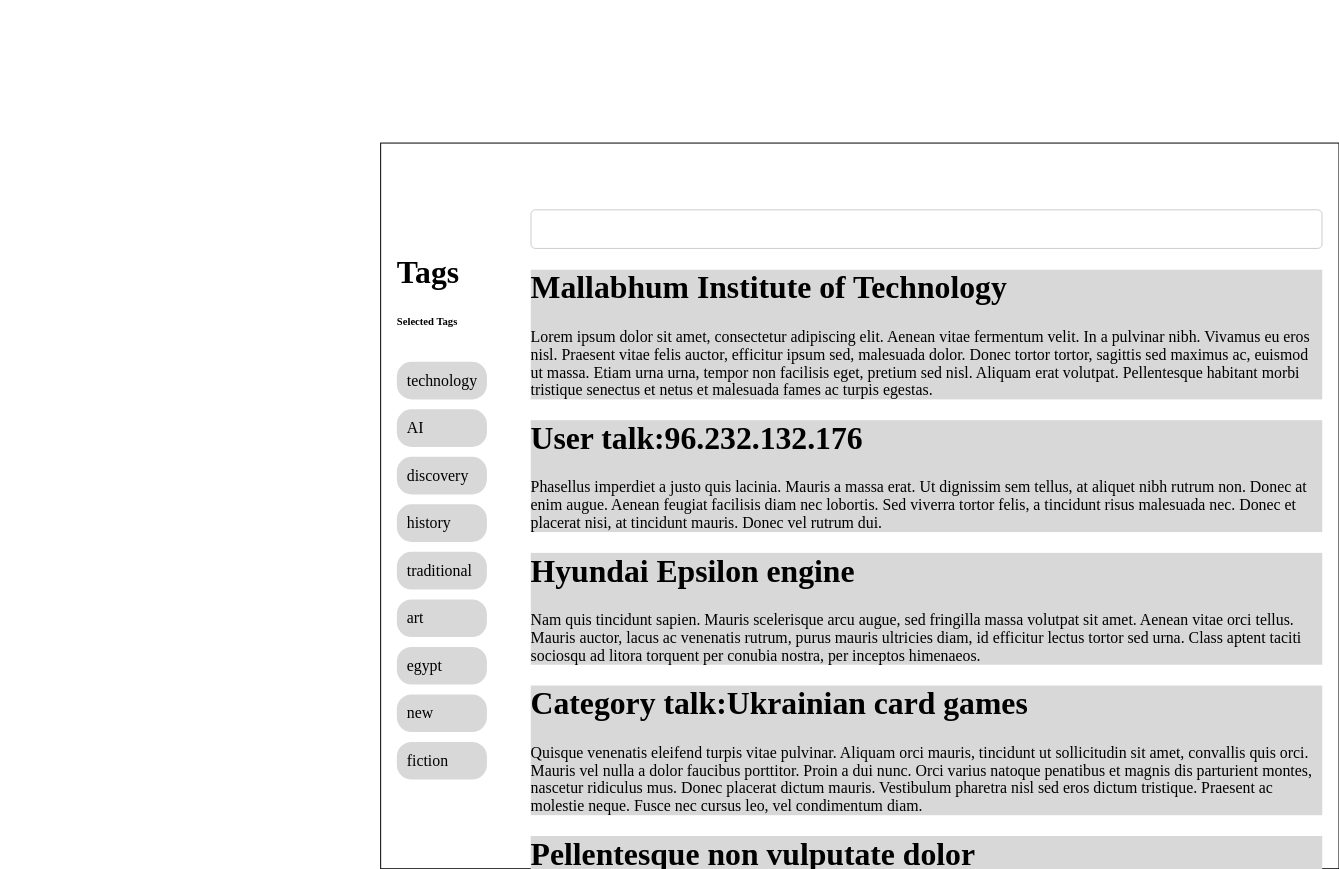
Repository: KelaiAffaf/bridger
Page: /
These files come from the project's save history. The page is drawn as it stood at one moment and after the next save; the edit follows.
The browser window is 1280 px wide. The page is 1353 px wide, then 1280 px, so the pictures cover 1353 px, including what lies to the right of the window. The pictures show the whole page, at 99% of full size.
An inner scrolling area shows only its first screen. The project was rebuilt for these pictures with package versions that can differ from the ones it lists, and the page was loaded fresh each time. Also part of the build but not shown: vite.config.js.

Above is the page before, as saved 2023-06-08 11:51:38.

After the next save:
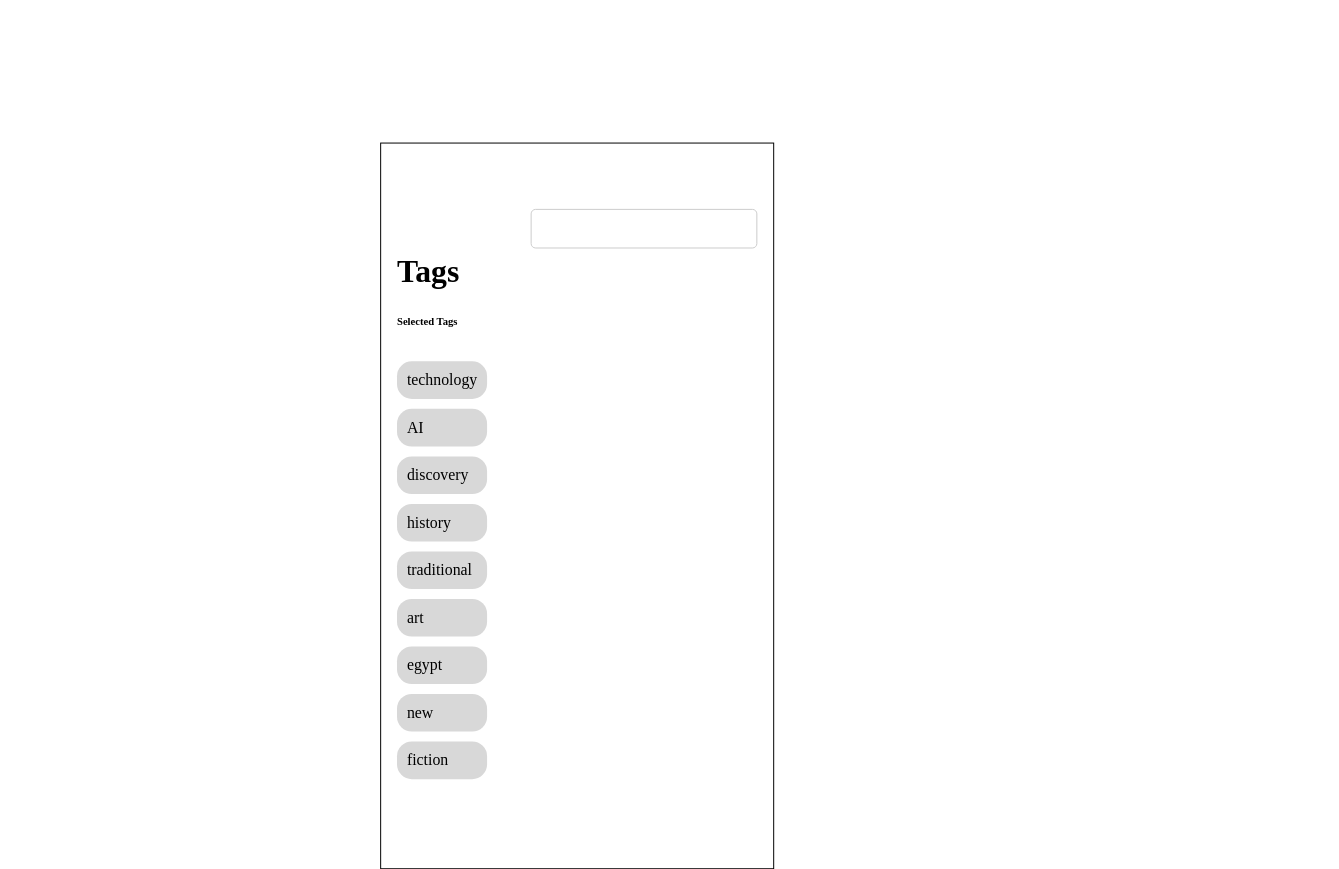
Saved 78 s later.
--- a/src/App.jsx
+++ b/src/App.jsx
@@ -80,20 +80,21 @@
           }}
         />
 
-        <div style={{ overflow: "scroll" }}>
-          {data &&
-            data.map((user) => (
-              <div key={user.id}>
-                {((user.title.includes(value) ||
-                  user.content.includes(value)
-                  &&
-                  user.tags.some((tag) => selectedTags.includes(tag)))
-                  ) && (
-                  <InfoBox title={user.title} body={user.content} />
-                )}
-              </div>
-            ))}
-        </div>
+  <div style={{ overflow: 'scroll' }}>
+  {data &&
+    data.map((user) => (
+      <div key={user.id}>
+        {(
+          user.title.includes(value) ||
+          user.content.includes(value)
+        ) &&
+          user.tags.some((tag) => selectedTags.includes(tag)) && (
+            <InfoBox title={user.title} body={user.content} />
+          )}
+      </div>
+    ))}
+</div>
+
       </div>
     </div>
   );
